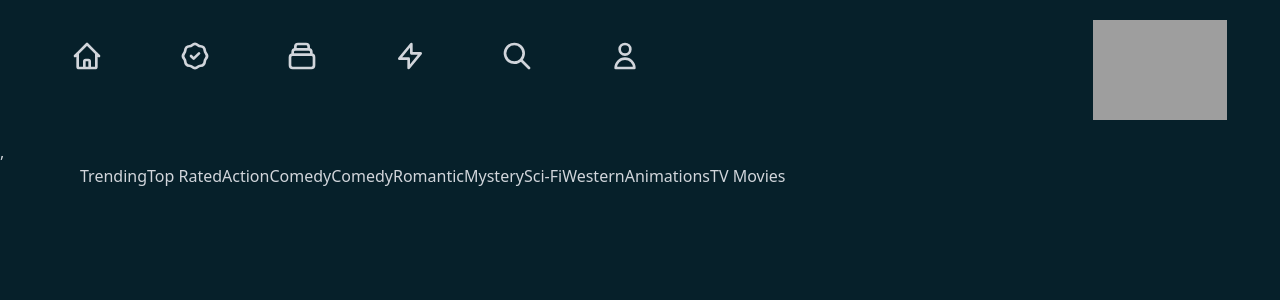
Repository: elaiken/hulu-yt-clone
Page: /
The author's editor kept a copy of each file at every save. The page is drawn from the files as they stood at one save, then again after the next save.
The browser window is 1280 px wide. The pictures show the whole page.
Pictures or frames that could not be fetched are drawn as grey boxes. The project was rebuilt for these pictures with package versions that can differ from the ones it lists, and the page was loaded fresh each time. The framework's server and built-in components were replaced by stand-ins that run in the browser. Also part of the build but not shown: next.config.js.

Above is the page before, as saved 2021-11-10 10:04:03.

After the next save:
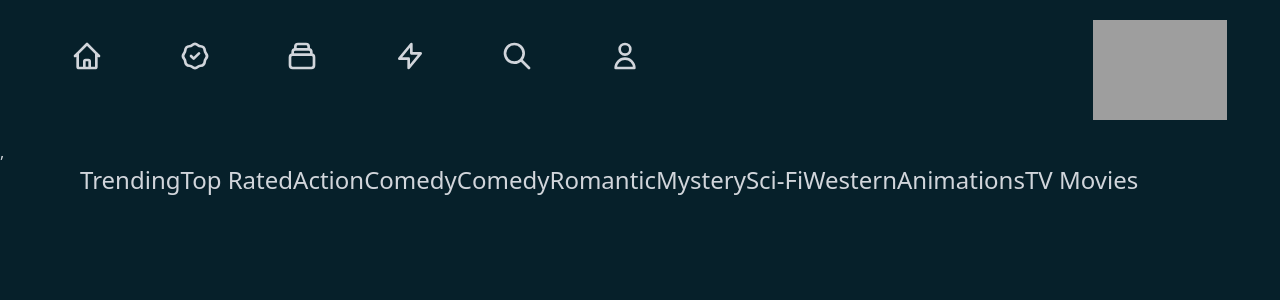
Saved 23 s later.
--- a/components/Nav.js
+++ b/components/Nav.js
@@ -2,7 +2,7 @@ import request from "../utlis/request"
 
 function Nav() {
     return (<nav>
-        <div className="flex px-10 sm:px-20"> {
+        <div className="flex px-10 sm:px-20 text-2xl whitespace-nowrap"> {
             Object.entries(request).map(([
                 key, {
                     title,
